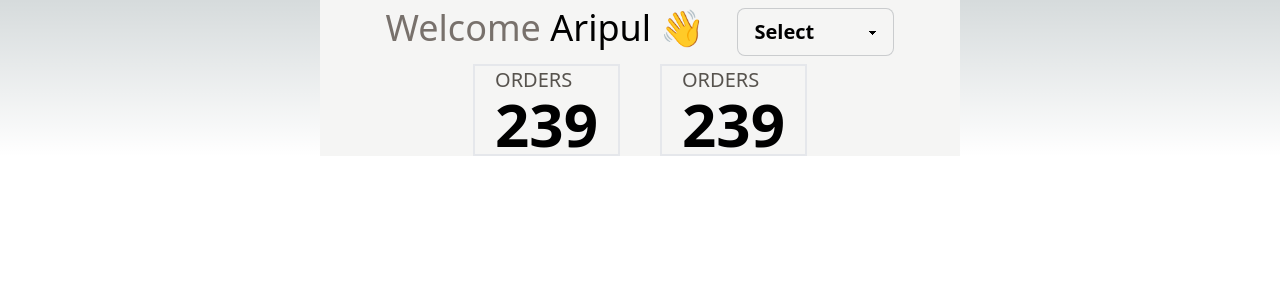
Repository: mehedi9465/nextapp
Page: /Dashboard
An editor plug-in stored every save of this project. The page is shown before and after a run of saves, followed by the edit.
The browser window is 1280 px wide. The pictures show the whole page.
The project was rebuilt for these pictures with package versions that can differ from the ones it lists, and the page was loaded fresh each time. The framework's server and built-in components were replaced by stand-ins that run in the browser. Also part of the build but not shown: next.config.js, Components/Navbar.js.

Above is the page before, as saved 2023-03-04 15:17:41.

After the next 4 saves:
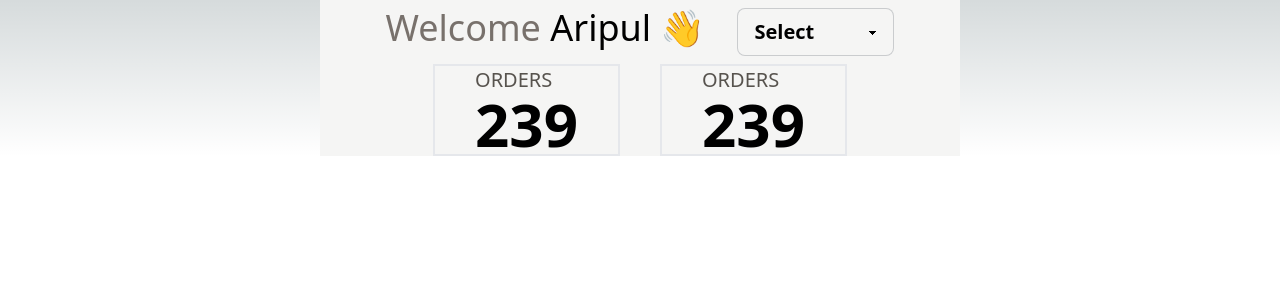
The 4 saves are shown as one change because they came seconds apart.
The last was saved 17 s later.
--- a/pages/Dashboard/index.js
+++ b/pages/Dashboard/index.js
@@ -21,13 +21,13 @@ const index = () => {
           </select>
         </div>
         <div className="flex justify-center">
-          <div className="border-2 justify-start mx-5 px-5">
+          <div className="border-2 justify-start mx-5 px-10">
             <p className="uppercase text-stone-600 font-normal text-xl">
               Orders
             </p>
             <p className="text-6xl font-bold">239</p>
           </div>
-          <div className="border-2 justify-start mx-5 px-5">
+          <div className="border-2 justify-start mx-5 px-10">
             <p className="uppercase text-stone-600 font-normal text-xl">
               Orders
             </p>
